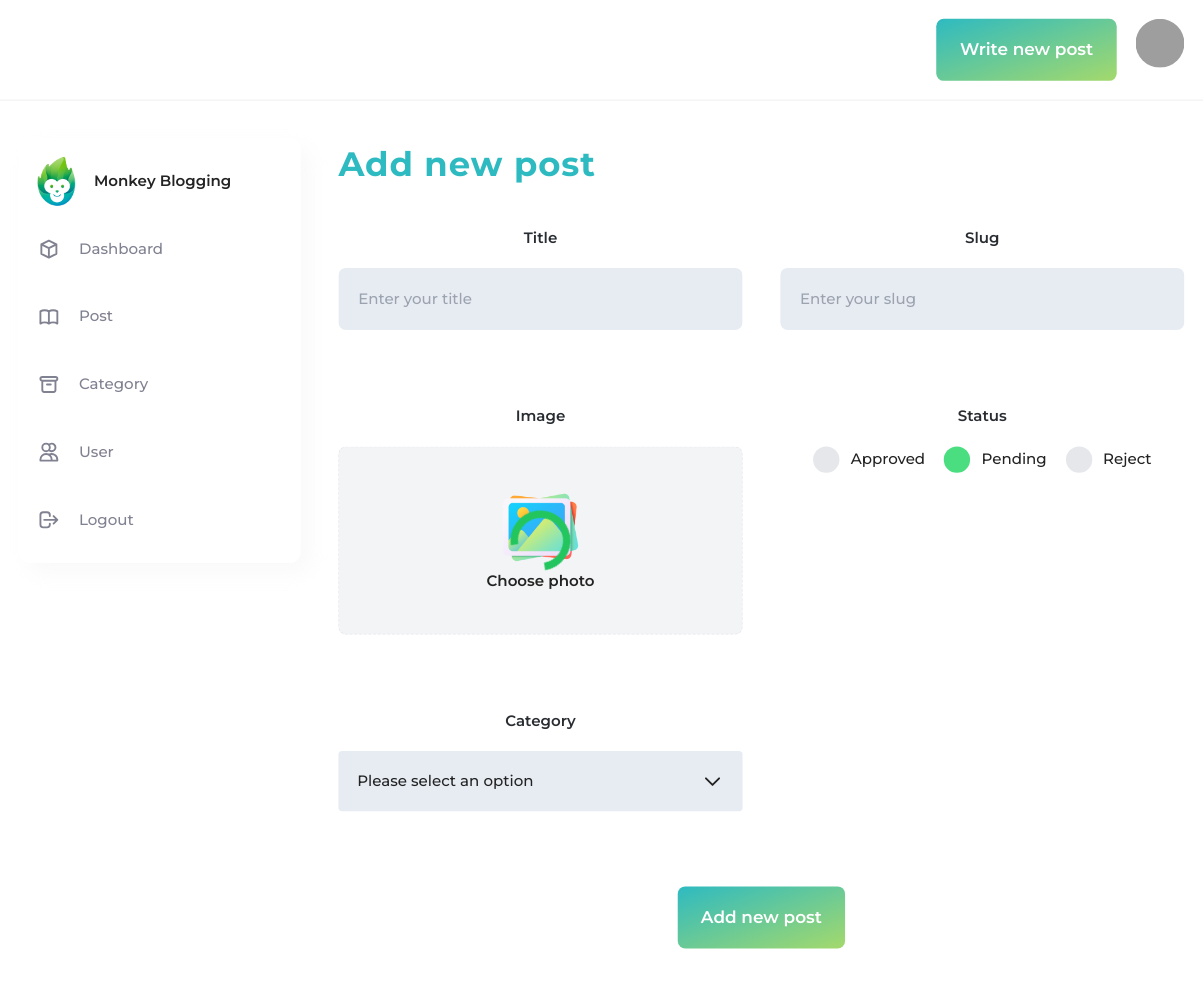
Repository: ThanhPhongsof/react-course-projects
Page: /manage/add-post (app in react-monkey-bloging/)
The author's editor kept a copy of each file at every save. The page is drawn from the files as they stood at one save, then again after a run of saves.
The browser window is 1280 px wide. The pictures show the whole page, at 94% of full size.
Pictures or frames that could not be fetched are drawn as grey boxes. The project was rebuilt for these pictures with package versions that can differ from the ones it lists, and the page was loaded fresh each time. Also part of the build but not shown: react-monkey-bloging/src/page/AuthenticationPage.js, react-monkey-bloging/src/components/icon/IconEyeOpen.js, react-monkey-bloging/src/components/icon/IconEyeClose.js, react-monkey-bloging/src/components/icon/index.js, react-monkey-bloging/src/components/input/InputPasswordToggle.js, react-monkey-bloging/src/page/SignUpPage.js, react-monkey-bloging/src/page/SignInPage.js, react-monkey-bloging/src/components/layout/Header.js and 21 more. Imported but missing from the stored project, and not drawn on this page: react-monkey-bloging/src/components/loading/LoadingSpinner, react-monkey-bloging/src/module/post/PostMeta.

Above is the page before, as saved 2022-05-09 15:11:59.

### react-monkey-bloging/public/index.html
<!DOCTYPE html>
<html lang="en">
  <head>
    <meta charset="utf-8" />
    <link rel="icon" href="%PUBLIC_URL%/favicon.ico" />
    <meta name="viewport" content="width=device-width, initial-scale=1" />
    <meta name="theme-color" content="#000000" />
    <meta
      name="description"
      content="Web site created using create-react-app"
    />
    <link rel="apple-touch-icon" />

    <link rel="manifest" href="%PUBLIC_URL%/manifest.json" />
    <link rel="preconnect" href="https://fonts.googleapis.com" />
    <link rel="preconnect" href="https://fonts.gstatic.com" crossorigin />
    <link
      href="https://fonts.googleapis.com/css2?family=Montserrat:wght@400;500;600;700&display=swap"
      rel="stylesheet"
    />
    <title>Monkey Blogging App</title>
  </head>
  <body>
    <noscript>You need to enable JavaScript to run this app.</noscript>
    <div id="root"></div>
    <!--
      This HTML file is a template.
      If you open it directly in the browser, you will see an empty page.

      You can add webfonts, meta tags, or analytics to this file.
      The build step will place the bundled scripts into the <body> tag.

      To begin the development, run `npm start` or `yarn start`.
      To create a production bundle, use `npm run build` or `yarn build`.
    -->
  </body>
</html>

### react-monkey-bloging/src/index.js
import React from "react";
import "./styles/index.scss";
import App from "./App";
import reportWebVitals from "./reportWebVitals";
import { ThemeProvider } from "styled-components";
import { GlobalStyles } from "./styles/GlobalStyles";
import { theme } from "./utils/constants";
import { BrowserRouter } from "react-router-dom";
import { createRoot } from "react-dom/client";
import { ToastContainer } from "react-toastify";
import "react-toastify/dist/ReactToastify.css";
const container = document.getElementById("root");
const root = createRoot(container);

root.render(
  <React.StrictMode>
    <ThemeProvider theme={theme}>
      <GlobalStyles></GlobalStyles>
      <BrowserRouter>
        <App />
        <ToastContainer></ToastContainer>
      </BrowserRouter>
    </ThemeProvider>
  </React.StrictMode>
);

reportWebVitals();

### react-monkey-bloging/src/styles/index.scss
@tailwind base;
@tailwind components;
@tailwind utilities;
@import "reset";

@layer base {
  body {
    line-height: 1.5;
    // -webkit-font-smoothing: antialiased;
    -webkit-tap-highlight-color: rgba(0, 0, 0, 0);
    font-family: "Montserrat", sans-serif;
    font-size: 16px;
    color: #232323;
  }
}
.container {
  width: 100%;
  max-width: 1260px;
  margin: 0 auto;
  padding: 0 20px;
}
a {
  text-decoration: none;
  color: inherit;
}
.text-primary {
  color: #a4d96c;
}
.grid-layout {
  display: grid;
  grid-auto-columns: 235px;
  gap: 20px;
  -ms-overflow-style: none;
  scrollbar-width: none;
  &::-webkit-scrollbar {
    display: none;
  }
  @media screen and (min-width: 1024px) {
    grid-template-columns: repeat(3, minmax(0, 1fr));
    gap: 40px;
  }
  @media screen and (max-width: 1023.98px) {
    grid-auto-flow: column;
    scroll-snap-type: x mandatory;
    overflow-x: auto;
  }
  & > * {
    scroll-snap-align: start;
  }
  &--primary {
    grid-auto-columns: 220px;
    @media screen and (min-width: 1024px) {
      grid-template-columns: repeat(4, minmax(0, 1fr));
    }
  }
}
.home-block {
  padding-bottom: 40px;
  @media screen and (min-width: 1024px) {
    padding-bottom: 60px;
  }
}
.entry-content {
  font-size: 16px;
  h2,
  h3,
  h4 {
    font-weight: bold;
    margin-bottom: 20px;
  }
  h2 {
    font-size: 32px;
  }
  h3 {
    font-size: 26px;
  }
  h4 {
    font-size: 22px;
  }
  p {
    margin-bottom: 20px;
    line-height: 2;
  }
  figure {
    margin-bottom: 20px;
  }
  figure img {
    border-radius: 20px;
    margin-bottom: 10px;
  }
  figcaption {
    text-align: center;
    font-style: italic;
    font-size: 14px;
    color: #6b6b6b;
  }
  @media screen and (max-width: 1023.98px) {
    font-size: 14px;
    h2 {
      font-size: 26px;
    }
    h3 {
      font-size: 24px;
    }
    h4 {
      font-size: 20px;
    }
  }
}
.hidden-input {
  border: 0;
  clip: rect(0 0 0 0);
  height: 1px;
  margin: -1px;
  overflow: hidden;
  padding: 0;
  position: absolute;
  width: 1px;
  white-space: nowrap;
}

@keyframes spin {
  from {
    transform: rotate(0deg);
  }
  to {
    transform: rotate(360deg);
  }
}

### react-monkey-bloging/src/App.js
import { Route, Routes } from "react-router-dom";
import { AuthProvider } from "./contexts/auth-context";
import SignUpPage from "./page/SignUpPage";
import SignInPage from "page/SignInPage";
import HomePage from "page/HomePage";
import NotFoundPage from "page/NotFoundPage";
import PostDetailsPage from "page/PostDetailsPage";
import DashboardLayout from "module/dashboard/DashboardLayout";
import DashboardPage from "page/DashboardPage";
import PostManage from "module/post/PostManage";
import PostAddNew from "module/post/PostAddNew";

const App = () => {
  return (
    <div>
      <AuthProvider>
        <Routes>
          <Route path="/" element={<HomePage></HomePage>}></Route>
          <Route path="/sign-up" element={<SignUpPage></SignUpPage>}></Route>
          <Route path="/sign-in" element={<SignInPage></SignInPage>}></Route>
          <Route path="*" element={<NotFoundPage></NotFoundPage>}></Route>
          <Route
            path="/:slug"
            element={<PostDetailsPage></PostDetailsPage>}
          ></Route>
          <Route element={<DashboardLayout></DashboardLayout>}>
            <Route
              path="/dashboard"
              element={<DashboardPage></DashboardPage>}
            ></Route>
            <Route
              path="/manage/post"
              element={<PostManage></PostManage>}
            ></Route>
            <Route
              path="/manage/add-post"
              element={<PostAddNew></PostAddNew>}
            ></Route>
          </Route>
        </Routes>
      </AuthProvider>
    </div>
  );
};

export default App;

### react-monkey-bloging/src/utils/constants.js
export const theme = {
  primary: "#2EBAC1",
  secondary: "#A4D96C",
  grayDark: "#292D32",
  grayLight: "#E7ECF3",
  grayScale: "#6B6B6B",
  tertiary: "#3A1097",
  accent: "#00D1ED",
  purpleLight: "#F3EDFF",
  gray23: "#232323",
  gray80: "#808191",
};

export const postStatus = {
  APPROVED: 1,
  PENDING: 2,
  REJECTED: 3,
};

### react-monkey-bloging/src/styles/_reset.scss
* {
  margin: 0;
  padding: 0;
}
img,
picture,
video,
canvas,
svg {
  display: block;
  max-width: 100%;
}
input,
button,
textarea,
select {
  font: inherit;
  outline: none;
  border: none;
}
p,
h1,
h2,
h3,
h4,
h5,
h6 {
  overflow-wrap: break-word;
}

### react-monkey-bloging/src/contexts/auth-context.js
import { auth } from "firebase-app/firebase-config";
import { onAuthStateChanged } from "firebase/auth";
import { createContext, useContext, useEffect, useState } from "react";

const AuthContext = createContext();

const AuthProvider = (props) => {
  const [userInfo, setUserInfo] = useState({});
  const value = { userInfo, setUserInfo };
  useEffect(() => {
    onAuthStateChanged(auth, (user) => {
      setUserInfo(user);
    });
  }, []);
  return <AuthContext.Provider {...props} value={value}></AuthContext.Provider>;
};

const useAuth = () => {
  const context = useContext(AuthContext);
  if (typeof context === "undefined")
    throw new Error("useAuth must be used within AuthProvider");
  return context;
};

export { useAuth, AuthProvider };

### react-monkey-bloging/src/module/dashboard/DashboardLayout.js
import React from "react";
import { Outlet } from "react-router-dom";
import styled from "styled-components";
import DashboardHeader from "./DashboardHeader";
import Sidebar from "./Sidebar";

const DashboardLayoutStyles = styled.div`
  max-width: 1600px;
  margin: 0 auto;
  .dashboard {
    &-heading {
      font-weight: bold;
      font-size: 36px;
      margin-bottom: 40px;
      color: ${(props) => props.theme.primary};
      letter-spacing: 1px;
    }
    &-main {
      display: grid;
      grid-template-columns: 300px minmax(0, 1fr);
      padding: 40px 20px;
      gap: 0 40px;
      align-items: start;
    }
  }
`;

const DashboardLayout = () => {
  return (
    <DashboardLayoutStyles>
      <DashboardHeader></DashboardHeader>
      <div className="dashboard-main">
        <Sidebar></Sidebar>
        <div className="dashboard-children">
          <Outlet></Outlet>
        </div>
      </div>
    </DashboardLayoutStyles>
  );
};

export default DashboardLayout;

### react-monkey-bloging/src/firebase-app/firebase-config.js
import { initializeApp } from "firebase/app";
import { getFirestore } from "firebase/firestore";
import { getAuth } from "firebase/auth";
const firebaseConfig = {
  apiKey: "AIzaSyAdpQ4sW6LhnaANOQOgJJZImO0FWC0Ar70",
  authDomain: "monkey-blogging-da39c.firebaseapp.com",
  projectId: "monkey-blogging-da39c",
  storageBucket: "monkey-blogging-da39c.appspot.com",
  messagingSenderId: "1089989654619",
  appId: "1:1089989654619:web:f211b6c6805ab03926a77e",
};

// Initialize Firebase
const app = initializeApp(firebaseConfig);
export const db = getFirestore(app);
export const auth = getAuth(app);

### react-monkey-bloging/src/components/label/index.js
import Label from "./Label";
export { Label };

### react-monkey-bloging/src/components/input/index.js
import Input from "./Input";
export { Input };

### react-monkey-bloging/src/components/field/index.js
import Field from "./Field";
export { Field };

### react-monkey-bloging/src/module/dashboard/DashboardHeader.js
import { Button } from "components/button";
import React from "react";
import styled from "styled-components";

const DashboardHeaderStyles = styled.div`
  background-color: white;
  padding: 20px;
  border-bottom: 1px solid #eee;
  display: flex;
  justify-content: flex-end;
  gap: 20px;
  .header-avatar {
    width: 52px;
    height: 52px;
    img {
      width: 100%;
      height: 100%;
      object-fit: cover;
      border-radius: 100rem;
    }
  }
`;

const DashboardHeader = () => {
  return (
    <DashboardHeaderStyles>
      <Button type="button" to="/dashboard" className="header-button">
        Write new post
      </Button>
      <div className="header-avatar">
        <img
          src="https://images.unsplash.com/photo-1568602471122-7832951cc4c5?ixlib=rb-1.2.1&ixid=MnwxMjA3fDB8MHxwaG90by1wYWdlfHx8fGVufDB8fHx8&auto=format&fit=crop&w=3270&q=80"
          alt="avatar"
        />
      </div>
    </DashboardHeaderStyles>
  );
};

export default DashboardHeader;

### react-monkey-bloging/src/components/checkbox/index.js
import Checkbox from "./Checkbox";
import Radio from "./Radio";

export { Checkbox, Radio };

### react-monkey-bloging/src/components/dropdown/index.js
import Dropdown from "./Dropdown";
import Option from "./Option";
import Search from "./Search";

Dropdown.Option = Option;
Dropdown.Search = Search;

export { Dropdown };

### react-monkey-bloging/src/components/image/ImageUpload.js
import React, { Fragment } from "react";
import styled, { keyframes } from "styled-components";

const ImageUploadStyles = styled.label`
  display: flex;
  align-items: center;
  justify-content: center;
  background-color: rgb(243 244 246);
  border-width: 1px;
  border-style: dashed;
  width: 100%;
  min-height: 200px;
  position: relative;
  overflow: hidden;
  border-radius: 8px;
  cursor: pointer;
  &:hover .image-icon-delete {
    opacity: 1;
    visibility: visible;
  }
  .image {
    &-display {
      display: flex;
      flex-direction: column;
      align-items: center;
      text-align: center;
      pointer-events: none;
    }
    &-show {
      width: 100%;
      height: 100%;
      object-fit: cover;
    }
    &-icon-delete {
      display: flex;
      align-items: center;
      justify-content: center;
      position: absolute;
      z-index: 10;
      width: 56px;
      height: 56px;
      border-radius: 9999px;
      cursor: pointer;
      background-color: rgb(255 255 255 / 1);
      color: rgb(239 68 68);
      opacity: 0;
      visibility: hidden;
      transition-property: all;
      transition-timing-function: cubic-bezier(0.4, 0, 0.2, 1);
      transition-duration: 150ms;
    }
    &-loading {
      width: 64px;
      height: 64px;
      border-width: 8px;
      border-color: rgb(34, 197, 94);
      border-top-color: transparent;
      position: absolute;
      z-index: 10;
      border-radius: 9999px;
      animation: spin 1s linear infinite;
    }
    &-none {
      max-width: 80px;
      margin-bottom: 5px;
    }
    &-choose {
      font-weight: 600;
    }
    &-overlay {
      position: absolute;
      height: 2px;
      background-color: rgb(74, 222, 128);
      left: 0;
      bottom: 0;
      transition-property: all;
      transition-timing-function: cubic-bezier(0.4, 0, 0.2, 1);
      transition-duration: 150ms;
    }
  }
  @keyframes spin {
    from {
      transform: rotate(0deg);
    }
    to {
      transform: rotate(360deg);
    }
  }
`;

const ImageUpload = ({
  name,
  className,
  progress = 0,
  image,
  handleDeleteImage = () => {},
  ...rest
}) => {
  return (
    <ImageUploadStyles className={className}>
      <input
        type="file"
        name={name}
        className="hidden-input"
        onChange={() => {}}
        {...rest}
      />
      {/* progress !== 0 && !image &&  */}
      <div className="image-loading"></div>
      {/* <div className="absolute z-10 w-16 h-16 border-8 border-green-500 rounded-full loading border-t-transparent "></div> */}
      {/* animate-spin */}
      {image ? (
        <Fragment>
          <img src={image} className="image-show" alt="" />
          <button
            type="button"
            className="image-icon-delete"
            onClick={handleDeleteImage}
          >
            <svg
              xmlns="http://www.w3.org/2000/svg"
              className="w-6 h-6"
              fill="none"
              viewBox="0 0 24 24"
              stroke="currentColor"
              strokeWidth={2}
            >
              <path
                strokeLinecap="round"
                strokeLinejoin="round"
                d="M19 7l-.867 12.142A2 2 0 0116.138 21H7.862a2 2 0 01-1.995-1.858L5 7m5 4v6m4-6v6m1-10V4a1 1 0 00-1-1h-4a1 1 0 00-1 1v3M4 7h16"
              />
            </svg>
          </button>
        </Fragment>
      ) : (
        <div className="image-display">
          <img src="/img-upload.png" alt="upload-img" className="image-none" />
          <p className="image-choose">Choose photo</p>
        </div>
      )}
      {!image && (
        <div
          className="image-overlay image-upload-progress"
          style={{ width: `${Math.ceil(progress)}%` }}
        ></div>
      )}
    </ImageUploadStyles>
  );
};

export default ImageUpload;

### react-monkey-bloging/src/components/label/Label.js
import React from "react";
import styled from "styled-components";

const LabelStyles = styled.label`
  color: ${(props) => props.theme.grayDark};
  font-weight: 600;
  cursor: pointer;
`;

const Label = ({ htmlFor = "", children, ...props }) => {
  return (
    <LabelStyles htmlFor={htmlFor} {...props}>
      {children}
    </LabelStyles>
  );
};

export default Label;

### react-monkey-bloging/src/components/input/Input.js
import React from "react";
import styled from "styled-components";
import { useController } from "react-hook-form";

const InputStyles = styled.div`
  position: relative;
  width: 100%;
  input {
    width: 100%;
    padding: ${(props) => (props.hasIcon ? "20px 60px 20px 20px" : "20px")};
    background-color: ${(props) => props.theme.grayLight};
    border-radius: 8px;
    font-weight: 500;
    transition: all 0.2s linear;
    border: 1px solid transparent;
  }
  input:focus {
    background-color: white;
    border-color: ${(props) => props.theme.primary};
  }
  input:-webkit-input-placeholder {
    color: #84878b;
    font-weight: 500;
    transition: all 0.2s linear;
  }
  input::-moz-input-placeholder {
    color: #84878b;
  }
  .input-icon {
    position: absolute;
    right: 20px;
    top: 50%;
    transform: translateY(-50%);
    cursor: pointer;
  }
`;

const Input = ({ name = "", type = "text", children, control, ...props }) => {
  const { field } = useController({ control, name, defaultValue: "" });

  return (
    <InputStyles hasIcon={children ? true : false}>
      <input id={name} type={type} {...props} {...field} />
      {children ? <div className="input-icon">{children}</div> : null}
    </InputStyles>
  );
};

export default Input;

### react-monkey-bloging/src/components/Field/Field.js
import React from "react";
import styled from "styled-components";

const FieldStyles = styled.div`
  display: flex;
  flex-direction: column;
  align-items: center;
  row-gap: 20px;
  margin-bottom: 40px;
  &:last-child {
    margin-bottom: 0;
  }
`;

const Field = ({ children }) => {
  return <FieldStyles>{children}</FieldStyles>;
};

export default Field;

### react-monkey-bloging/src/components/checkbox/Radio.js
import React from "react";
import { useController } from "react-hook-form";

const Radio = ({ checked, children, control, name, ...rest }) => {
  const { field } = useController({ control, name, defaultValue: "" });
  return (
    <label>
      <input
        type="radio"
        className="hidden-input"
        checked={checked}
        onChange={() => {}}
        {...field}
        {...rest}
      />
      <div className="flex items-center font-medium cursor-pointer gap-x-3">
        <div
          className={`w-7 h-7 rounded-full ${
            checked ? "bg-green-400" : "bg-gray-200"
          }`}
        ></div>
        <span>{children}</span>
      </div>
    </label>
  );
};

export default Radio;

### react-monkey-bloging/src/components/dropdown/Dropdown.js
import { DropdonwProvider } from "contexts/dropdown-context";
import React, { useState } from "react";
const Dropdown = ({
  placeholder = "Please select an option",
  children,
  ...props
}) => {
  const [show, setShow] = useState(false);
  const handleToggleDropdown = () => {
    setShow(!show);
  };

  return (
    <DropdonwProvider {...props}>
      <div className="relative inline-block w-full">
        <div
          className="flex items-center justify-between p-5 rounded cursor-pointer bg-[#E7ECF3] font-medium"
          onClick={handleToggleDropdown}
        >
          <span>{placeholder}</span>
          <span>
            {show ? (
              <svg
                xmlns="http://www.w3.org/2000/svg"
                className="w-6 h-6"
                fill="none"
                viewBox="0 0 24 24"
                stroke="currentColor"
                strokeWidth="2"
              >
                <path
                  strokeLinecap="round"
                  strokeLinejoin="round"
                  d="M5 15l7-7 7 7"
                />
              </svg>
            ) : (
              <svg
                xmlns="http://www.w3.org/2000/svg"
                className="w-6 h-6"
                fill="none"
                viewBox="0 0 24 24"
                stroke="currentColor"
                strokeWidth="2"
              >
                <path
                  strokeLinecap="round"
                  strokeLinejoin="round"
                  d="M19 9l-7 7-7-7"
                />
              </svg>
            )}
          </span>
        </div>
        {show && (
          <div className="absolute left-0 w-full bg-white shadow-sm top-full">
            {children}
          </div>
        )}
      </div>
    </DropdonwProvider>
  );
};

export default Dropdown;

### react-monkey-bloging/src/components/loading/index.js
import LoadingSpinner from "./LoadingSpinner";

export { LoadingSpinner };

### react-monkey-bloging/src/contexts/dropdown-context.js
const { createContext, useContext } = require("react");

const DropdonwContext = createContext();
const DropdonwProvider = (props) => {
  return (
    <DropdonwContext.Provider value={props}>
      {props.children}
    </DropdonwContext.Provider>
  );
};

const useDropdown = () => {
  const context = useContext(DropdonwContext);
  if (typeof context === "undefined")
    throw new Error("useDropdown must be used within DropdownProvider");
  return context;
};

export { useDropdown, DropdonwProvider };

Loaded but not shown: react-monkey-bloging/src/reportWebVitals.js (common file); react-monkey-bloging/src/styles/GlobalStyles.js (common file); react-monkey-bloging/src/styles/GlobalClasses.js (common file); react-monkey-bloging/src/components/button/index.js (common file); react-monkey-bloging/tailwind.config.js (common file); react-monkey-bloging/src/module/post/PostAddNew.js (188 lines, source omitted); react-monkey-bloging/src/module/dashboard/Sidebar.js (159 lines, source omitted); react-monkey-bloging/src/components/button/Button.js (80 lines, source omitted)

After the next 2 saves:
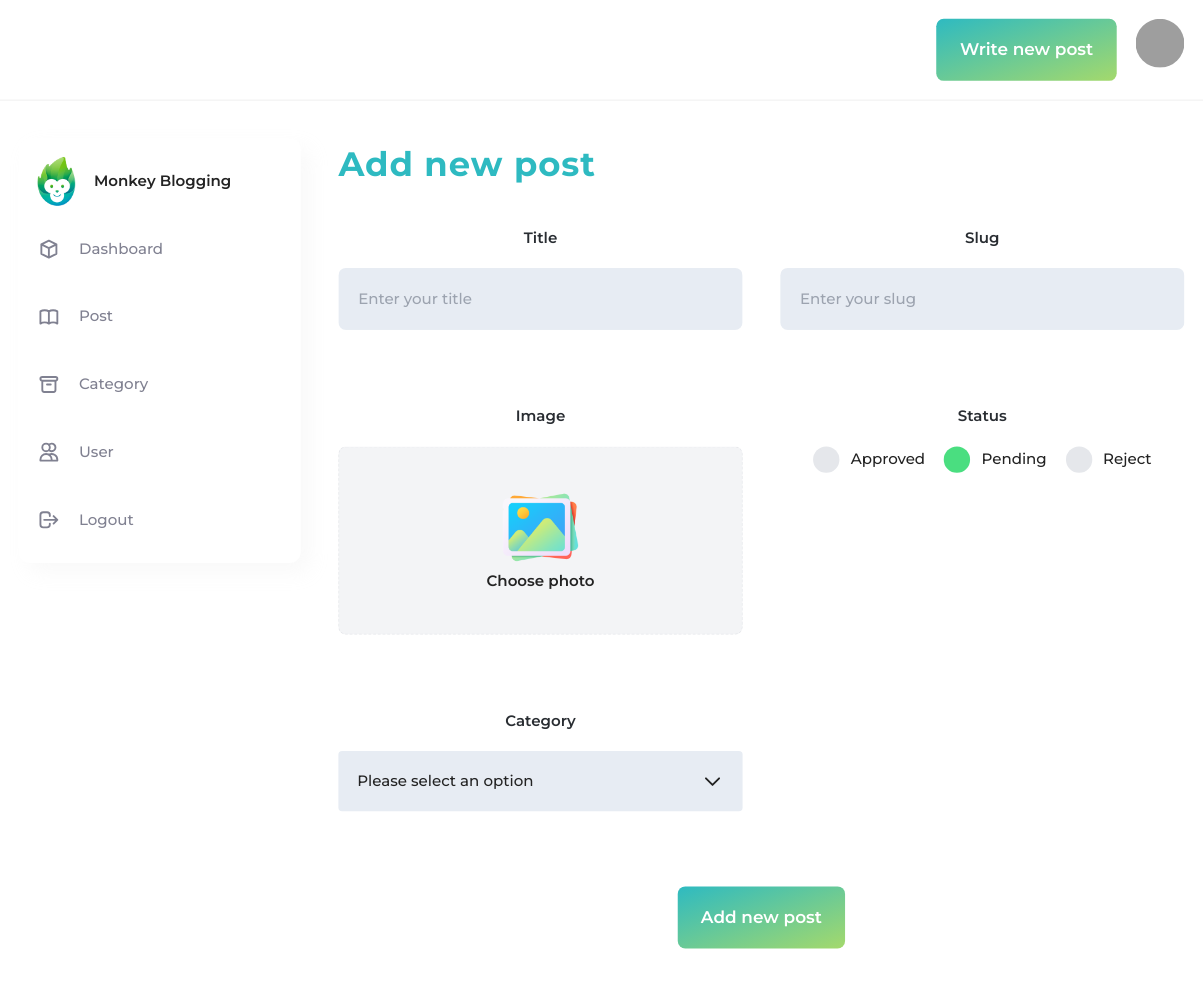
The 2 saves are shown as one change because they came seconds apart.
The last was saved 17 s later.
--- a/react-monkey-bloging/src/components/image/ImageUpload.js
+++ b/react-monkey-bloging/src/components/image/ImageUpload.js
@@ -105,10 +105,7 @@ const ImageUpload = ({
         onChange={() => {}}
         {...rest}
       />
-      {/* progress !== 0 && !image &&  */}
-      <div className="image-loading"></div>
-      {/* <div className="absolute z-10 w-16 h-16 border-8 border-green-500 rounded-full loading border-t-transparent "></div> */}
-      {/* animate-spin */}
+      {progress !== 0 && !image && <div className="image-loading"></div>}
       {image ? (
         <Fragment>
           <img src={image} className="image-show" alt="" />
